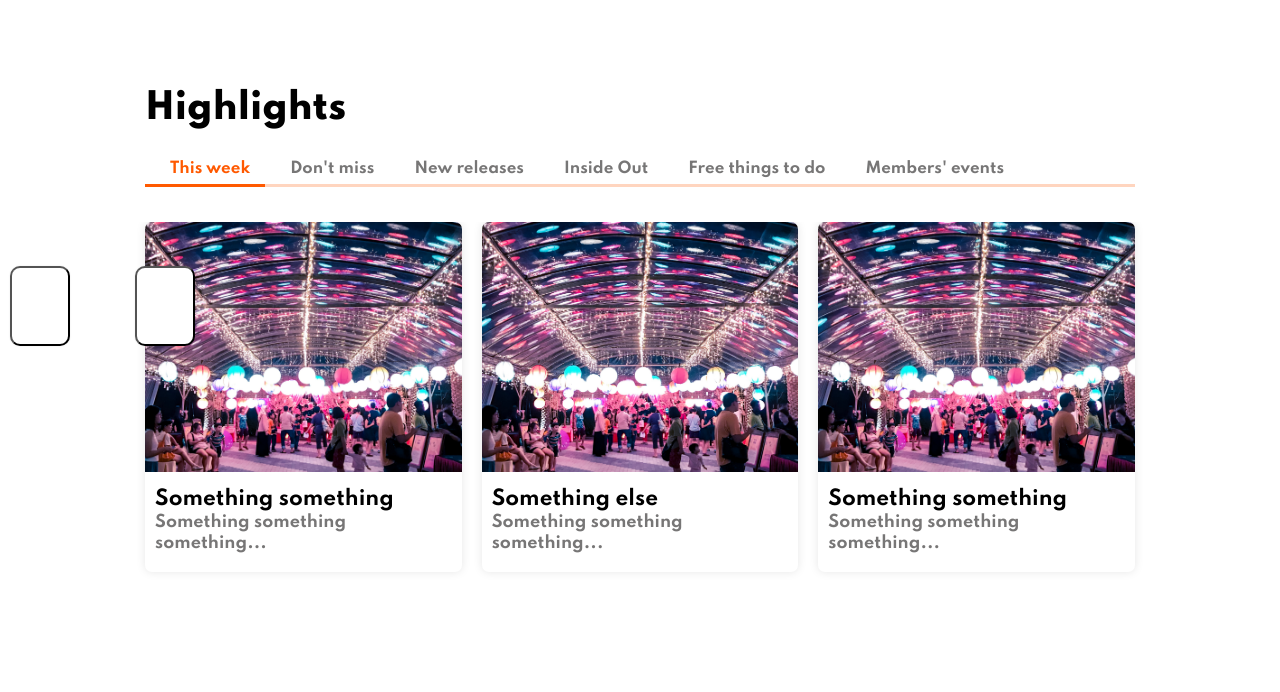
Repository: vvogt/fameworks_vv
Page: /
An editor plug-in stored every save of this project. The page is shown before and after the next save, followed by the edit.
The browser window is 1280 px wide. The pictures show the part of the page from y = 607 to 1299 px (the page is 2172 px tall).
Pictures or frames that could not be fetched are drawn as grey boxes. Backgrounds fixed to the window are drawn as part of the page. The project was rebuilt for these pictures with package versions that can differ from the ones it lists, and the page was loaded fresh each time. Also part of the build but not shown: src/components/NotFound.js. Imported but missing from the stored project, and not drawn on this page: src/assets/videos/seald_fullhd.mp4.

Above is the page before, as saved 2020-04-27 16:59:22.

After the next save:
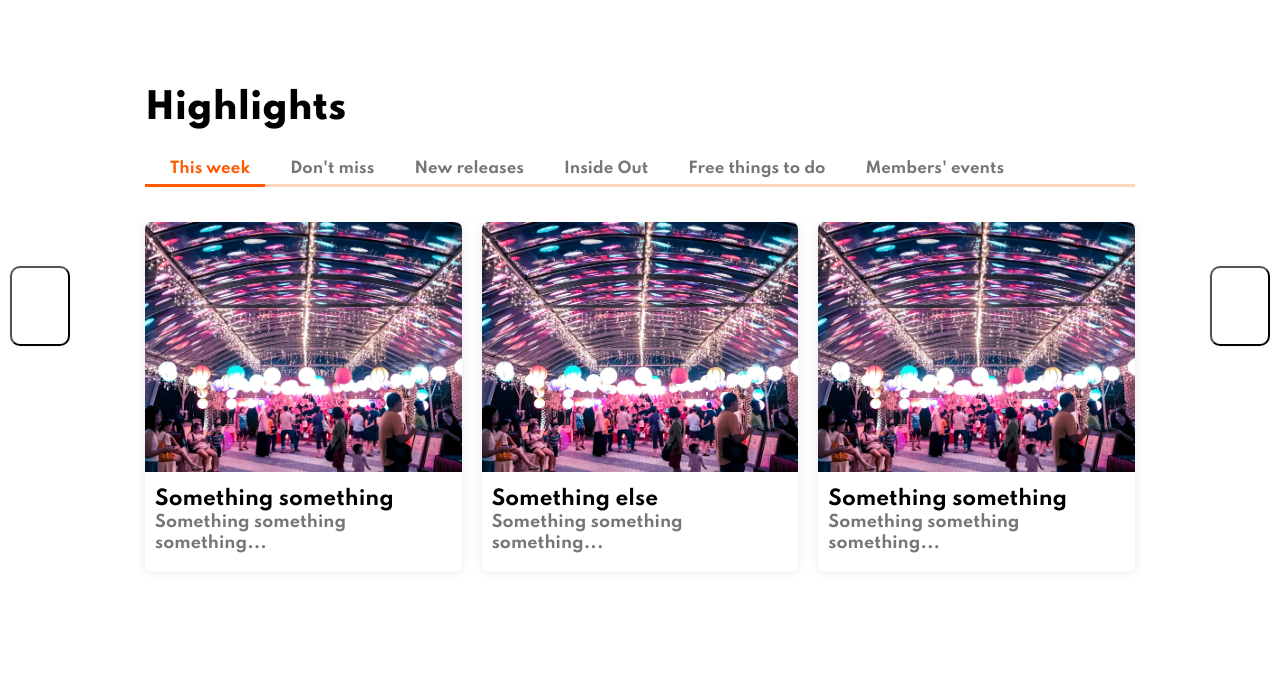
Saved 18 s later.
--- a/src/scss/_components.section.scss
+++ b/src/scss/_components.section.scss
@@ -21,6 +21,9 @@
 
    .arrow.left {
       left: 10px;
+   }
+   .arrow.right {
+      right: 10px;
    }
 
    .articlePreviews {
